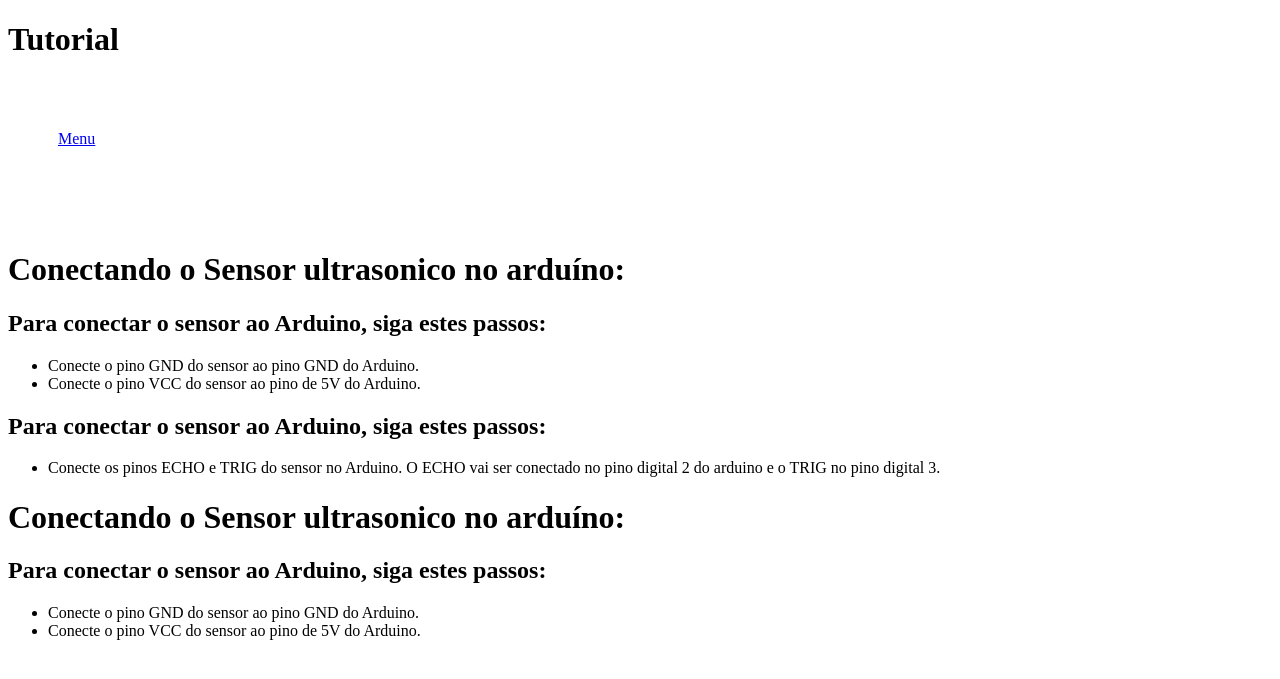
Repository: Eito2511/Site-tutorial-arduino
Page: tutorial.html
An editor plug-in stored every save of this project. The page is shown before and after the next save, followed by the edit.
The browser window is 1280 px wide. The pictures show the whole page.

Above is the page before, as saved 2025-06-03 18:17:02.

After the next save:
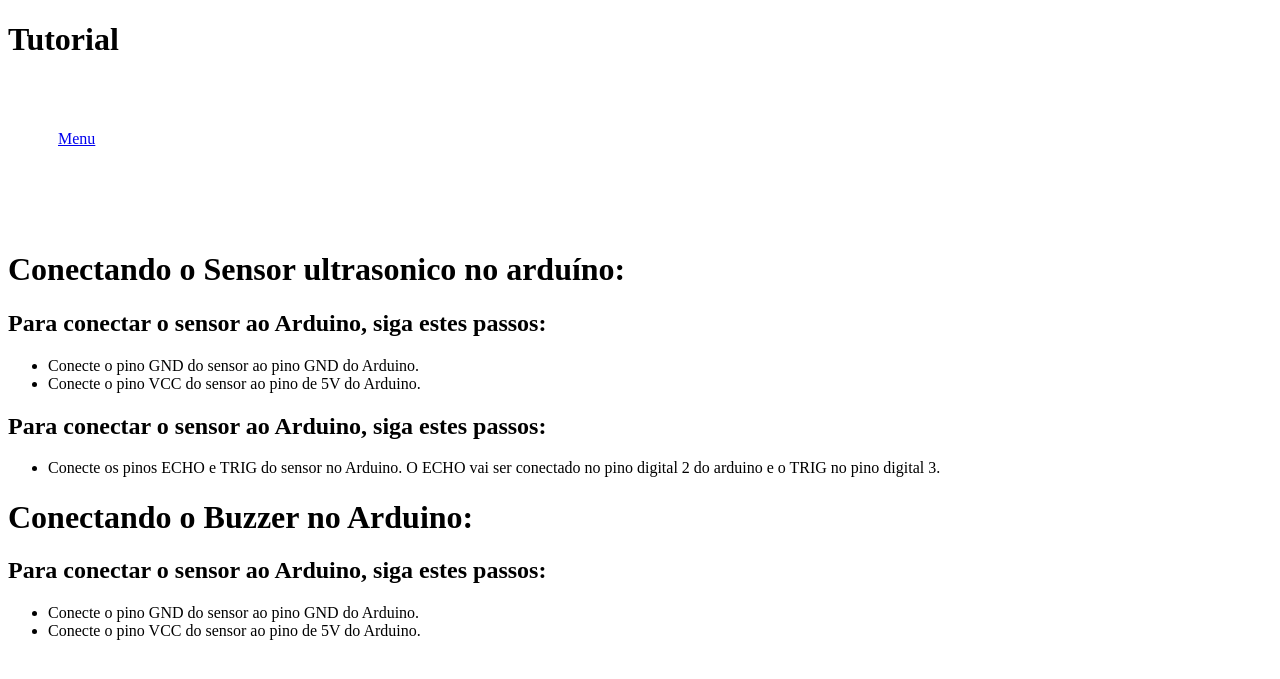
Saved 29 s later.
--- a/tutorial.html
+++ b/tutorial.html
@@ -31,7 +31,7 @@
     </div>
 
     <div>
-      <h1>Conectando o Sensor ultrasonico no arduíno:</h1>
+      <h1>Conectando o Buzzer no Arduino:</h1>
       <h2>Para conectar o sensor ao Arduino, siga estes passos:</h2>
       <ul>
         <li>Conecte o pino GND do sensor ao pino GND do Arduino.</li>
